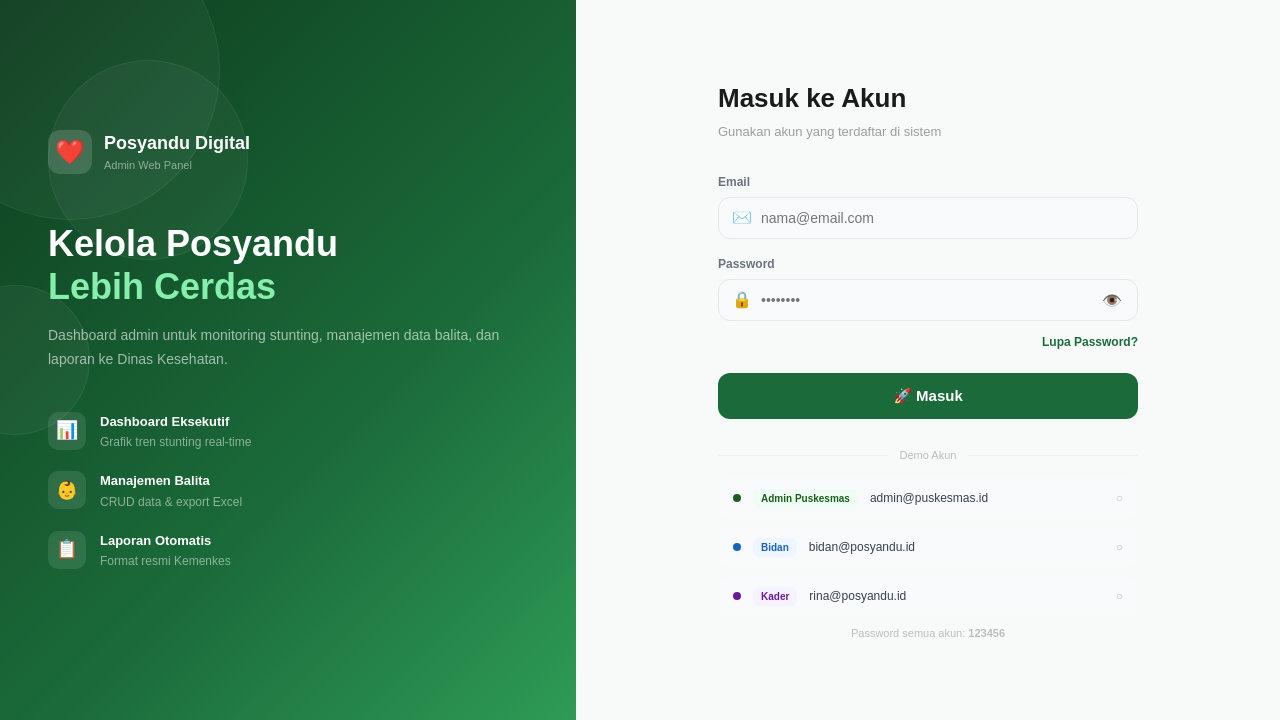
Repository: RiskyXfebriansyah/project_pui
Page: /
The author's editor kept a copy of each file at every save. The page is drawn from the files as they stood at one save, then again after the next save.
The browser window is 1280 px wide. The pictures show the whole page.
The project was rebuilt for these pictures with package versions that can differ from the ones it lists, and the page was loaded fresh each time. Also part of the build but not shown: vite.config.js, src/components/ui/Components.jsx, src/pages/DashboardPage.jsx, src/pages/BalitaPage.jsx, src/pages/OtherPages.jsx, src/components/layout/Sidebar.jsx.

Above is the page before, as saved 2026-02-26 14:35:49.

### index.html
<!doctype html>
<html lang="en">
  <head>
    <meta charset="UTF-8" />
    <link rel="icon" type="image/svg+xml" href="/vite.svg" />
    <meta name="viewport" content="width=device-width, initial-scale=1.0" />
    <title>posyandu_web</title>
  </head>
  <body>
    <div id="root"></div>
    <script type="module" src="/src/main.jsx"></script>
  </body>
</html>

### src/index.css
/* RESET DASAR */
* {
  margin: 0;
  padding: 0;
  box-sizing: border-box;
}

/* ROOT FULL HEIGHT */
html,
body,
#root {
  height: 100%;
  width: 100%;
}

/* BODY NORMAL (TIDAK CENTER) */
body {
  font-family: system-ui, Avenir, Helvetica, Arial, sans-serif;
  background-color: #f5f6fa;
  line-height: 1.5;
}

/* LINK */
a {
  text-decoration: none;
  color: inherit;
}

/* BUTTON OPTIONAL CLEAN STYLE */
button {
  cursor: pointer;
  font-family: inherit;
}

### src/App.jsx
// ============================================================
//  App.js — ENTRY POINT dengan ROLE-BASED ACCESS CONTROL
//
//  ADMIN  → semua halaman bisa diakses
//  BIDAN  → tidak bisa akses: pengguna, posyandu
//  KADER  → tidak bisa akses: pengguna, posyandu, laporan, stunting
// ============================================================

import React, { useState, useMemo } from 'react';
import LoginPage     from './pages/LoginPage';
import DashboardPage from './pages/DashboardPage';
import BalitaPage    from './pages/BalitaPage';
import { LaporanPage, JadwalPage, PenggunaPage, PosyanduPage,
         StuntingPage, PemantauanPage } from './pages/OtherPages';
import { Sidebar, Topbar } from './components/layout/Sidebar';
import { useAuth }          from './hooks/useAuth';
import { useBalita }        from './hooks/useBalita';
import { useJadwal, useUsers } from './hooks/useJadwal';
import { hitungStatistik }  from './utils/helpers';

const globalStyles = `
  * { box-sizing: border-box; margin: 0; padding: 0; }
  body { font-family: 'Plus Jakarta Sans', sans-serif; background: #F5F6FA; color: #1A1A1A; }
  ::-webkit-scrollbar { width: 5px; height: 5px; }
  ::-webkit-scrollbar-track { background: transparent; }
  ::-webkit-scrollbar-thumb { background: #E5E7EB; border-radius: 10px; }
  @keyframes spin { to { transform: rotate(360deg); } }
  @keyframes fadeUp {
    from { opacity:0; transform:translateY(12px); }
    to   { opacity:1; transform:translateY(0); }
  }
`;

const PAGE_TITLES = {
  dashboard:  'Dashboard',
  balita:     'Data Balita',
  pemantauan: 'Pemantauan Tumbuh Kembang',
  stunting:   'Analisis Stunting',
  jadwal:     'Jadwal Posyandu',
  laporan:    'Laporan',
  posyandu:   'Data Posyandu',
  pengguna:   'Manajemen Pengguna',
};

// ── Halaman yang boleh diakses per role ──────────────────────
const ALLOWED_PAGES = {
  admin: ['dashboard','balita','pemantauan','stunting','jadwal','laporan','posyandu','pengguna'],
  bidan: ['dashboard','balita','pemantauan','stunting','jadwal','laporan'],
  kader: ['dashboard','balita','pemantauan','jadwal'],
};

export default function App() {
  const { user, error: authError, login, logout } = useAuth();
  const balita = useBalita();
  const jadwal  = useJadwal();
  const users   = useUsers();
  const [activePage, setActivePage] = useState('dashboard');

  const role      = user?.role || 'kader';
  const allowed   = ALLOWED_PAGES[role] || ALLOWED_PAGES.kader;
  const statistik = useMemo(() => hitungStatistik(balita.semua), [balita.semua]);

  // Navigasi aman — kalau role tidak punya akses, tolak
  function handleNav(page) {
    if (!allowed.includes(page)) {
      alert(`⛔ Akses ditolak\n\nHalaman "${PAGE_TITLES[page]}" tidak tersedia untuk role ${role}.`);
      return;
    }
    setActivePage(page);
  }

  function renderPage() {
    // Double-check: kalau halaman aktif tidak boleh diakses, fallback ke dashboard
    if (!allowed.includes(activePage)) return renderDashboard();

    switch (activePage) {
      case 'dashboard':  return renderDashboard();
      case 'balita':     return (
        <BalitaPage
          balita={balita.filtered} role={role}
          onAddPemantauan={balita.addPemantauan}
          onAddBalita={role !== 'kader' ? balita.addBalita : null}
          onDelete={role === 'admin' ? balita.deleteBalita : null}
        />
      );
      case 'pemantauan': return <PemantauanPage balitaList={balita.semua}/>;
      case 'stunting':   return <StuntingPage balitaList={balita.semua} statistik={statistik}/>;
      case 'jadwal':     return (
        <JadwalPage
          jadwal={jadwal.filtered}
          onAdd={role !== 'kader' ? jadwal.addJadwal : null}
          onDelete={role === 'admin' ? jadwal.deleteJadwal : null}
        />
      );
      case 'laporan':    return <LaporanPage statistik={statistik} balitaList={balita.semua}/>;
      case 'posyandu':   return <PosyanduPage/>;
      case 'pengguna':   return (
        <PenggunaPage
          users={users.filtered}
          onToggleAktif={users.toggleAktif}
          onDelete={users.deleteUser}
          onAdd={users.addUser}
        />
      );
      default: return renderDashboard();
    }
  }

  function renderDashboard() {
    return (
      <DashboardPage
        role={role}
        statistik={statistik}
        upcomingJadwal={jadwal.upcoming}
        balitaList={balita.semua}
        onNav={handleNav}
      />
    );
  }

  if (!user) {
    return (
      <>
        <style>{globalStyles}</style>
        <LoginPage onLogin={login} error={authError}/>
      </>
    );
  }

  return (
    <>
      <style>{globalStyles}</style>
      <div style={{ display:'flex', minHeight:'100vh' }}>
        <Sidebar active={activePage} onNav={handleNav} user={user}/>

        <div style={{ flex:1, display:'flex', flexDirection:'column', minWidth:0, overflow:'hidden' }}>
          <Topbar pageTitle={PAGE_TITLES[activePage]} user={user} onLogout={logout}/>

          {/* Filter bar — hanya halaman balita */}
          {activePage === 'balita' && (
            <div style={{
              background:'#fff', borderBottom:'1px solid #F0F0F0',
              padding:'10px 24px', display:'flex', gap:10, alignItems:'center', flexWrap:'wrap'
            }}>
              <input
                placeholder="🔍  Cari nama, NIK, atau ibu..."
                value={balita.search}
                onChange={e => balita.setSearch(e.target.value)}
                style={{
                  padding:'8px 14px', borderRadius:8, border:'1.5px solid #E5E7EB',
                  fontSize:13, fontFamily:'inherit', outline:'none', width:260, background:'#F9FAFB'
                }}
              />
              <select value={balita.filterDesa} onChange={e=>balita.setFilterDesa(e.target.value)}
                style={{
                  padding:'8px 12px', borderRadius:8, border:'1.5px solid #E5E7EB',
                  fontSize:12, fontFamily:'inherit', background:'#F9FAFB', cursor:'pointer'
                }}>
                {balita.desaOptions.map(d=><option key={d}>{d}</option>)}
              </select>
              <select value={balita.filterStatus} onChange={e=>balita.setFilterStatus(e.target.value)}
                style={{
                  padding:'8px 12px', borderRadius:8, border:'1.5px solid #E5E7EB',
                  fontSize:12, fontFamily:'inherit', background:'#F9FAFB', cursor:'pointer'
                }}>
                {['Semua','Normal','Risiko','Stunting','Belum diukur'].map(s=><option key={s}>{s}</option>)}
              </select>
              <span style={{ marginLeft:'auto', fontSize:12, color:'#9E9E9E' }}>
                {balita.filtered.length} dari {balita.semua.length} balita
              </span>
            </div>
          )}

          <main style={{ flex:1, overflowY:'auto' }}>
            {renderPage()}
          </main>
        </div>
      </div>
    </>
  );
}

### src/hooks/useAuth.js
// ============================================================
//  useAuth — CONTROLLER LOGIN
//  Padanan: C_login.dart di Flutter
//
//  Di Flutter  → StateNotifier + loginProvider
//  Di React    → hook useState + localStorage
//
//  Cara pakai di komponen:
//    const { user, login, logout, isLoading } = useAuth();
// ============================================================

import { useState, useEffect } from 'react';

// ── Data lengkap tiap akun demo ───────────────────────────────
// INI yang jadi masalah sebelumnya:
// dulu pakai ...currentUser (selalu admin) lalu override email+role saja
// sekarang tiap akun punya data sendiri yang lengkap
const DEMO = [
  {
    email:    'admin@puskesmas.id',
    password: '123456',
    id:       'u001',
    nama:     'Dr. Hendra Wijaya',
    role:     'admin',
    jabatan:  'Kepala Puskesmas Sukamaju',
    posyandu: 'Puskesmas Kecamatan Sukamaju',
    puskesmas:'Puskesmas Kecamatan Sukamaju',
  },
  {
    email:    'bidan@posyandu.id',
    password: '123456',
    id:       'u002',
    nama:     'Bidan Siti Rahayu',
    role:     'bidan',
    jabatan:  'Bidan Desa Sukamaju',
    posyandu: 'Posyandu Mawar – Sukamaju',
    puskesmas:'Puskesmas Kecamatan Sukamaju',
  },
  {
    email:    'rina@posyandu.id',
    password: '123456',
    id:       'u003',
    nama:     'Rina Wulandari',
    role:     'kader',
    jabatan:  'Kader Posyandu Dahlia',
    posyandu: 'Posyandu Dahlia – Mekarjaya',
    puskesmas:'Puskesmas Kecamatan Sukamaju',
  },
];

export function useAuth() {
  // useState = padanan .obs di GetX / state di Riverpod
  const [user, setUser]         = useState(null);
  const [isLoading, setLoading] = useState(false);
  const [error, setError]       = useState(null);

  // useEffect = padanan initState() di Flutter
  // Dijalankan sekali saat komponen pertama kali dimuat
  useEffect(() => {
    const saved = localStorage.getItem('posyandu_user');
    if (saved) setUser(JSON.parse(saved));
  }, []); // [] artinya: jalankan sekali saja

  // ── Fungsi login ──────────────────────────────────────────
  async function login(email, password) {
    setLoading(true);
    setError(null);

    // Simulasi network delay (nanti ganti dengan fetch() ke API)
    await new Promise(r => setTimeout(r, 1200));

    const found = DEMO.find(d => d.email === email && d.password === password);
    if (found) {
      const { password: _pw, ...loggedUser } = found;
      localStorage.setItem('posyandu_user', JSON.stringify(loggedUser));
      setUser(loggedUser);
      setLoading(false);
      return true;
    } else {
      setError('Email atau password salah');
      setLoading(false);
      return false;
    }
  }

  // ── Fungsi logout ─────────────────────────────────────────
  function logout() {
    localStorage.removeItem('posyandu_user');
    setUser(null);
  }

  return { user, isLoading, error, login, logout };
}

Loaded but not shown: src/main.jsx (common file); src/data/dummyData.js (115 lines, source omitted); src/hooks/useBalita.js (90 lines, source omitted); src/utils/helpers.js (52 lines, source omitted); src/hooks/useJadwal.js (64 lines, source omitted); src/pages/LoginPage.jsx (245 lines, source omitted)

After the next save:
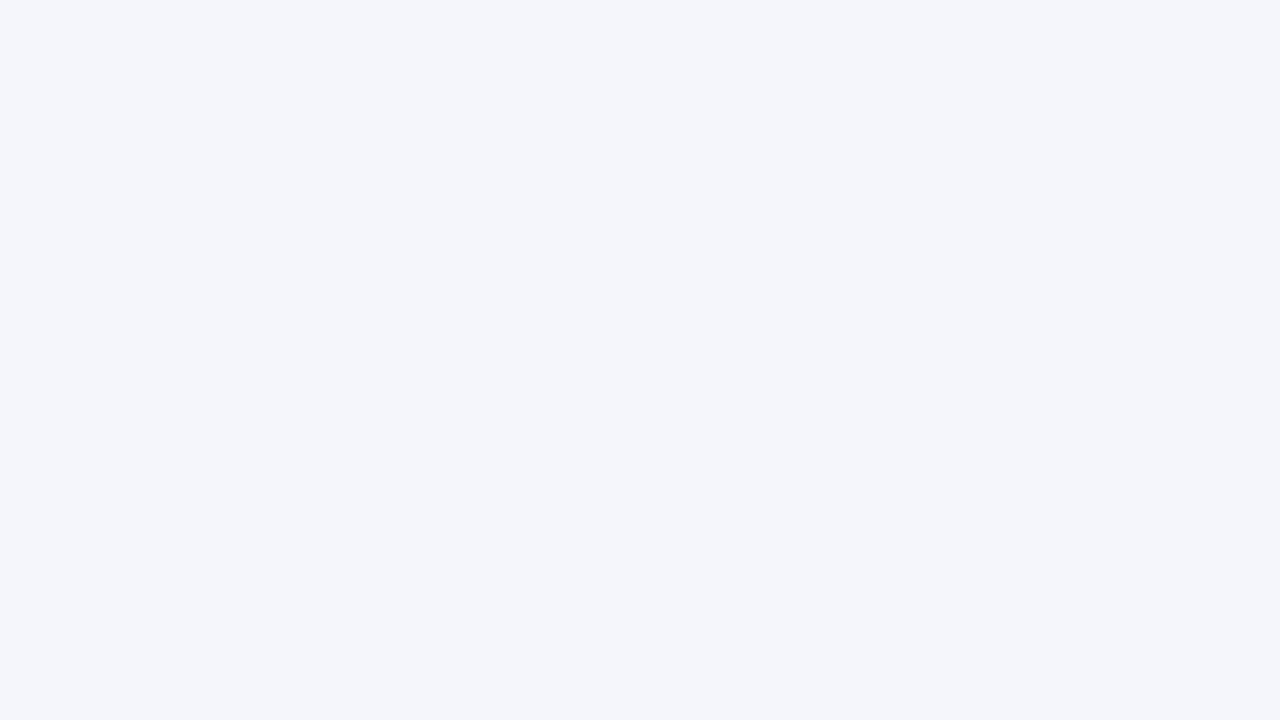
Console error: ReferenceError: useEffect is not defined
Saved 102 s later.
--- a/src/hooks/useAuth.js
+++ b/src/hooks/useAuth.js
@@ -9,7 +9,7 @@
 //    const { user, login, logout, isLoading } = useAuth();
 // ============================================================
 
-import { useState, useEffect } from 'react';
+import { useState } from 'react';
 
 // ── Data lengkap tiap akun demo ───────────────────────────────
 // INI yang jadi masalah sebelumnya:

After the save that followed:
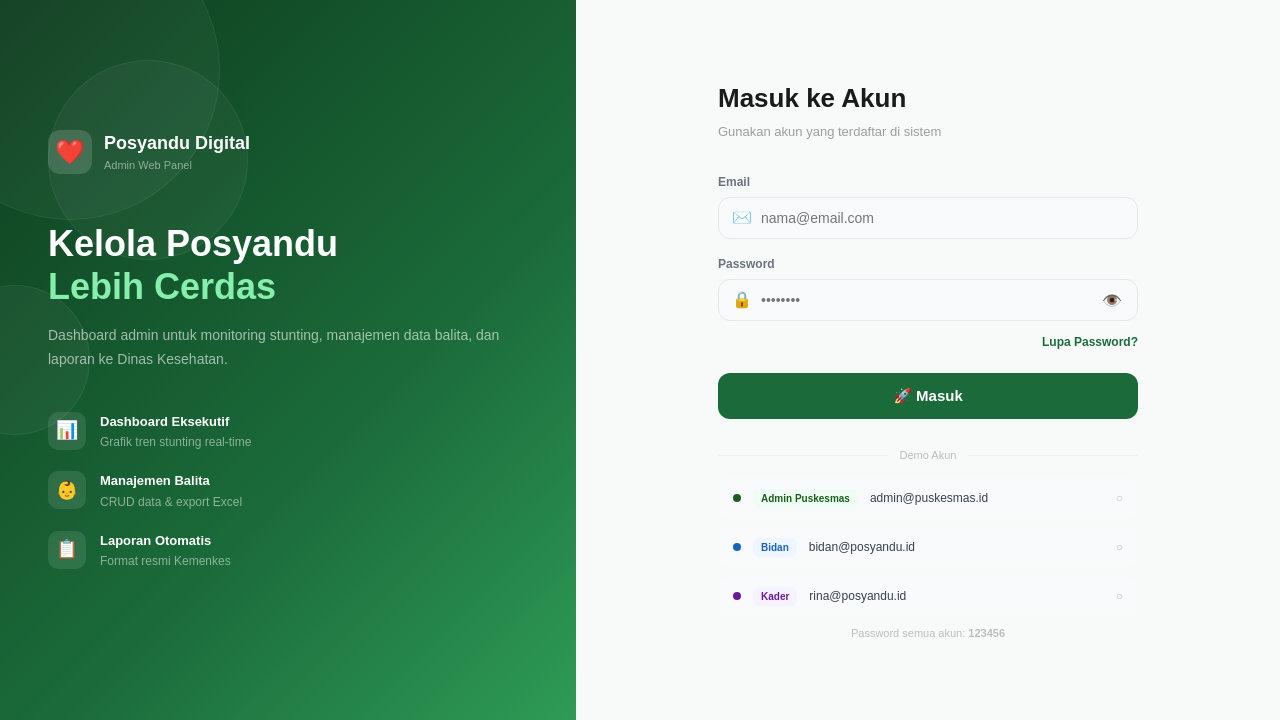
The error is gone.
Saved 33 s later.
--- a/src/hooks/useAuth.js
+++ b/src/hooks/useAuth.js
@@ -49,17 +49,14 @@ const DEMO = [
 ];
 
 export function useAuth() {
-  // useState = padanan .obs di GetX / state di Riverpod
-  const [user, setUser]         = useState(null);
+  // Lazy initializer — baca localStorage SEKALI saat pertama render
+  // Ini cara yang benar, tidak perlu useEffect sama sekali
+  const [user, setUser] = useState(() => {
+    const saved = localStorage.getItem('posyandu_user');
+    return saved ? JSON.parse(saved) : null;
+  });
   const [isLoading, setLoading] = useState(false);
   const [error, setError]       = useState(null);
-
-  // useEffect = padanan initState() di Flutter
-  // Dijalankan sekali saat komponen pertama kali dimuat
-  useEffect(() => {
-    const saved = localStorage.getItem('posyandu_user');
-    if (saved) setUser(JSON.parse(saved));
-  }, []); // [] artinya: jalankan sekali saja
 
   // ── Fungsi login ──────────────────────────────────────────
   async function login(email, password) {
